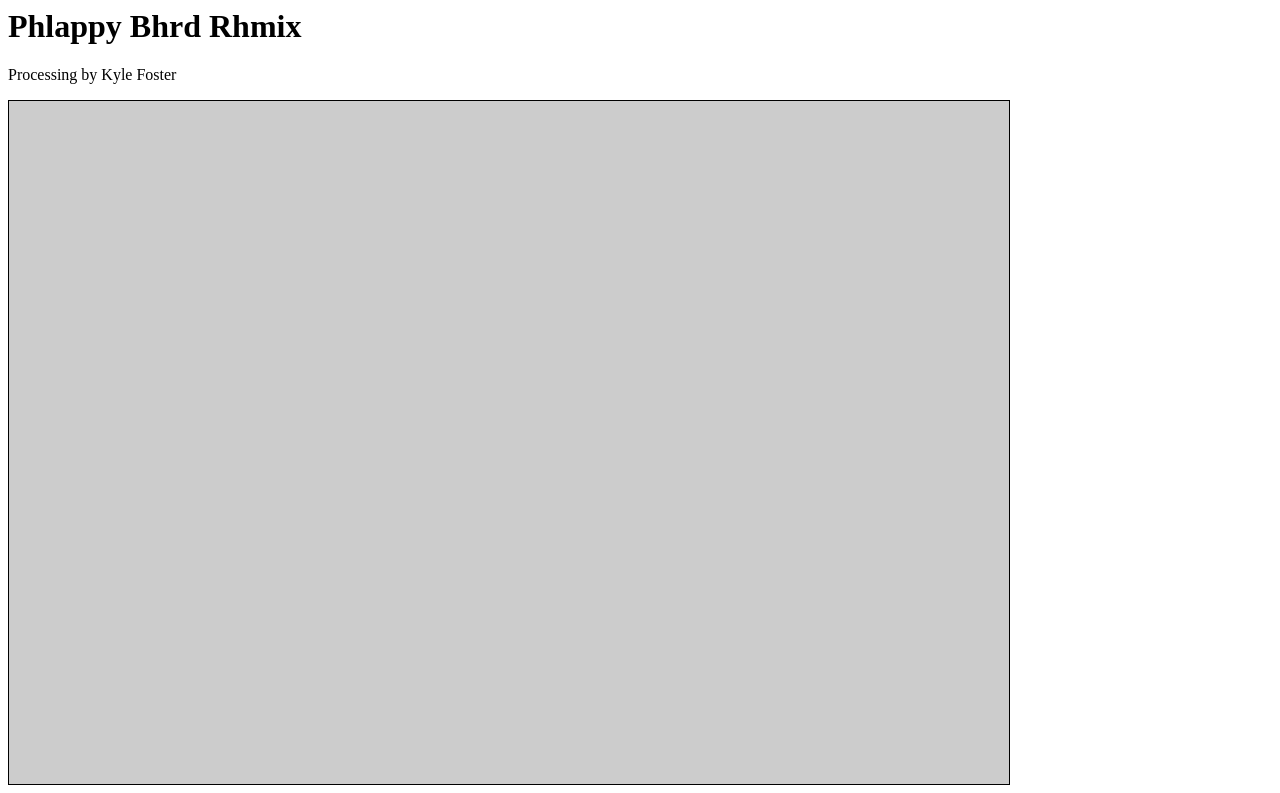
Repository: Kylefostertaz/Kylefostertaz.github.io
Page: flappy_bird.html
The author's editor kept a record of every edit. The page is drawn from the files as they stood at one moment, then again after the next edit.
The browser window is 1280 px wide. The pictures show the whole page.

Above is the page before.
Console error: TypeError: flappy is not a function

After the next edit:
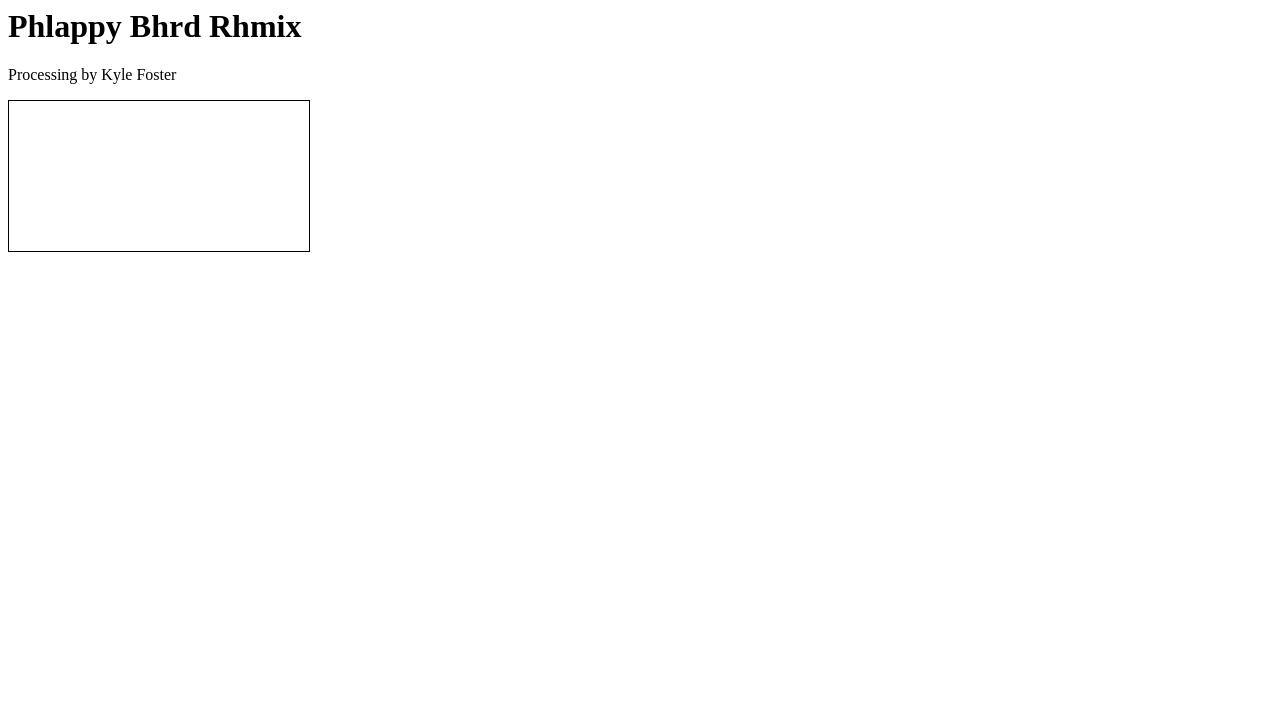
Console error: SyntaxError: Unexpected token '*'
The edit:
--- a/flappy_bird.html
+++ b/flappy_bird.html
@@ -203,7 +203,7 @@
 
 
 }
-/*
+*/
 
 void flappy()
 {

After the 4 edits that followed:
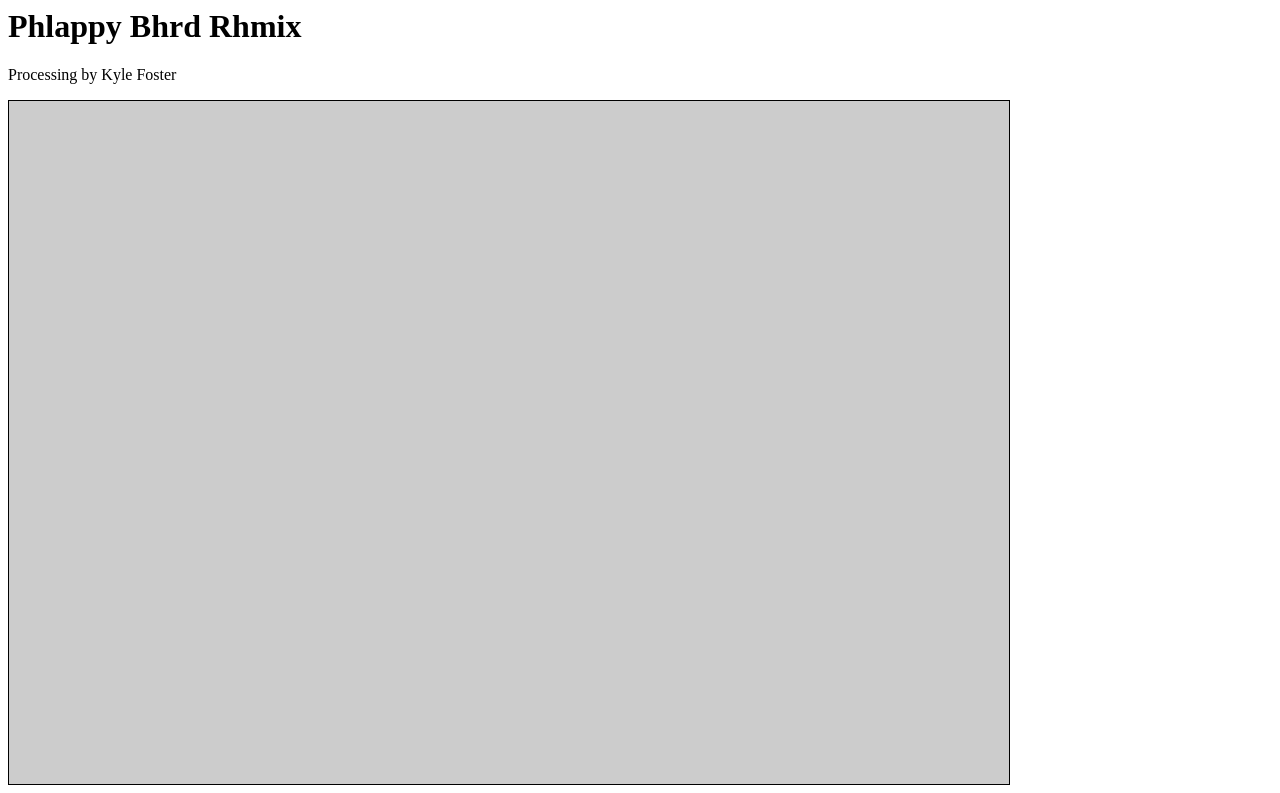
Console error: TypeError: flappy is not a function
The 4 edits are shown as one change because 3 left the picture as it was.
The edit:
--- a/flappy_bird.html
+++ b/flappy_bird.html
@@ -205,11 +205,13 @@
 }
 */
 
-void flappy()
+void bird()
 {
    image(flappy, flappyX, flappyY);
-   flappyY = flappyY + VflappyY;
-   VflappyY = VflappyY + g;
+   //flappyY = flappyY + VflappyY;
+   //VflappyY = VflappyY + g;
+}
+   /*
    if(flappyY < 0)
    {
      fill(255, 0, 0, 150);
@@ -225,7 +227,7 @@
      gameState=2;
    }
 }
-
+/*
 void mousePressed()
 {
    VflappyY = -15; //velocity up
